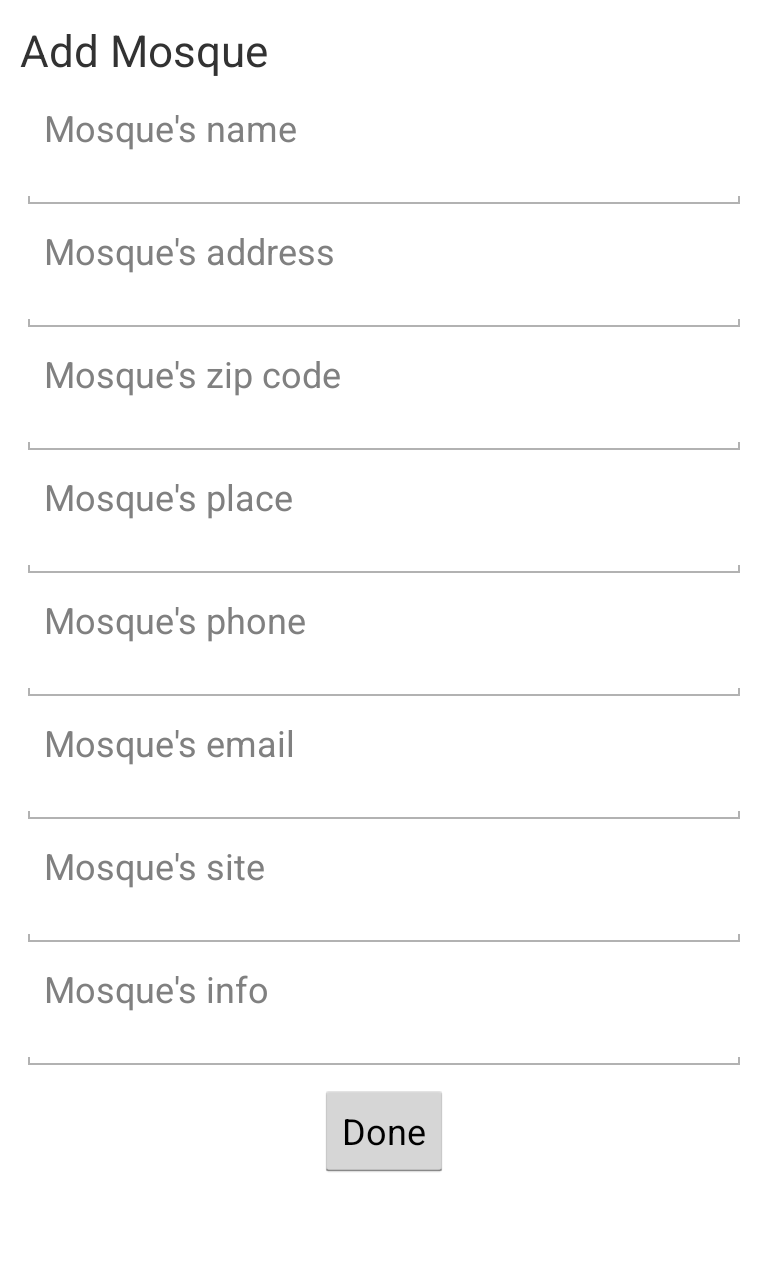
Repository: Osamah/Afstudeerwerk
Layout: NativeApp/SecondPillar/res/layout/activity_addmosque.xml
An editor plug-in stored every save of this project. The layout is shown before and after the next save, followed by the edit.
It is drawn on a 768 x 1280 px phone screen (xhdpi) without system bars, with theme AppTheme; the app's code is not run.

Above is the layout before, as saved 2013-01-05 21:27:26.

### NativeApp/SecondPillar/res/layout/activity_addmosque.xml
<?xml version="1.0" encoding="utf-8"?>

<!-- ScrollView to scroll vertical down the page -->
<ScrollView
    xmlns:android="http://schemas.android.com/apk/res/android"
    android:id="@+id/ScrollView01"
    android:layout_width="fill_parent"
    android:layout_height="wrap_content"
    android:scrollbars="vertical">

    <LinearLayout
        android:layout_width="match_parent"
        android:layout_height="wrap_content"
        android:layout_margin="10dp"
        android:orientation="vertical" >

		<TextView
		    android:id="@+id/lblAddMosque"
		    android:layout_width="wrap_content"
		    android:layout_height="wrap_content"
		    android:text="@string/lblAddMosque"
		    android:textSize="10pt"
		    android:layout_marginBottom="5dp"
		   >
		</TextView>

        <EditText
            android:id="@+id/txtMosqueName"
            android:layout_width="fill_parent"
            android:layout_height="wrap_content"
            android:hint="@string/txtMosqueName"
            android:inputType="textCapWords"
            style="@style/txtBoxes">

		</EditText>

        <EditText
		    android:id="@+id/txtMosqueAddress"
		    android:layout_height="wrap_content"
		    android:hint="@string/txtMosqueAddress"
		    android:inputType="textPostalAddress"
		    android:layout_width="fill_parent"
		    style="@style/txtBoxes">
		</EditText>

        <EditText
            android:id="@+id/txtMosqueZipCode"
            android:layout_width="fill_parent"
            android:layout_height="wrap_content"
            android:hint="@string/txtMosqueZipCode"
            android:inputType="number"
            style="@style/txtBoxes" >
		</EditText>

        <EditText
            android:id="@+id/txtMosquePlace"
            android:layout_width="fill_parent"
            android:layout_height="wrap_content"
            android:hint="@string/txtMosquePlace"
            android:inputType="textPostalAddress"
            style="@style/txtBoxes">
		</EditText>

        <EditText
            android:id="@+id/txtMosquePhone"
            android:layout_width="fill_parent"
            android:layout_height="wrap_content"
            android:hint="@string/txtMosquePhone"
            android:inputType="phone"
            style="@style/txtBoxes">
		</EditText>

        <EditText
            android:id="@+id/txtMosqueMail"
            android:layout_width="fill_parent"
            android:layout_height="wrap_content"
            android:hint="@string/txtMosqueMail"
            android:inputType="textEmailAddress"
            style="@style/txtBoxes">
		</EditText>

        <EditText
            android:id="@+id/txtMosqueSite"
            android:layout_width="fill_parent"
            android:layout_height="wrap_content"
            android:hint="@string/txtMosqueSite"
            android:inputType="textUri"
            style="@style/txtBoxes">
		</EditText>

        <EditText
            android:id="@+id/txtMosqueInfo"
            android:layout_width="fill_parent"
            android:layout_height="wrap_content"
            android:hint="@string/txtMosqueInfo"
            android:inputType="textMultiLine"
            style="@style/txtBoxes" >
		</EditText>

        <RelativeLayout
            android:layout_width="fill_parent"
            android:layout_height="wrap_content"
            android:layout_marginTop="5dp">

            <Button
            android:id="@+id/btnAddMosque"
            android:layout_width="wrap_content"
            android:layout_height="wrap_content"
            android:text="@string/btnAddMosque"
            android:layout_centerInParent="true"
        />

        </RelativeLayout>



    </LinearLayout>
</ScrollView>

### NativeApp/SecondPillar/res/values/styles.xml
<resources>

    <!--
        Base application theme, dependent on API level. This theme is replaced
        by AppBaseTheme from res/values-vXX/styles.xml on newer devices.
    -->
    <style name="AppBaseTheme" parent="android:Theme.Light">
        <!--
            Theme customizations available in newer API levels can go in
            res/values-vXX/styles.xml, while customizations related to
            backward-compatibility can go here.
        -->
    </style>

    <!-- Application theme. -->
    <style name="AppTheme" parent="AppBaseTheme">
        <!-- All customizations that are NOT specific to a particular API-level can go here. -->µ

    </style>




    <!-- /////////////////\\\\\\\\\\\\\\\\\\\\\ -->
    <style name="txtBoxes">

        <item name="android:paddingBottom">30dp</item>

    </style>

</resources>

### NativeApp/SecondPillar/res/values/strings.xml
<?xml version="1.0" encoding="utf-8"?>
<resources>

    <string name="app_name">Second Pillar</string>

    <!-- Menu -->
    <string name="menu_search">Search</string>


    <!-- Option Menu -->
	<string name="option_settings">Settings</string>
	<string name="option_about">About</string>


	<!-- Settings -->
	<string name="notifications">Notifications</string>

	<string name="prayingWhere">Where to pray?</string>
	<string name="prayHome">Home</string>
	<string name="prayMosque">Mosque</string>

	<string name="NotificationsPraying">When to pray?</string>
	<string name="inAdvance">In advance</string>
	<string name="onTime">On time</string>


	<!-- About -->
	<string name="about">If you have any questions just call me maybe</string>


    <!-- Prayer -->
    <string name="headerCol1">Prayer</string>
    <string name="headerCol2">Time</string>
    <string name="headerCol3">L</string>

    <string name="prayer1">Fajr</string>
    <string name="prayer2">Dhor</string>
    <string name="prayer3">Asr</string>
    <string name="prayer4">Magreb</string>
    <string name="prayer5">Isha</string>

    <string name="prayerTime1">5h25</string>
    <string name="prayerTime2">12h30</string>
    <string name="prayerTime3">15h37</string>
    <string name="prayerTime4">18h48</string>
    <string name="prayerTime5">21h00</string>


    <!-- Favorite -->


    <!-- Add Mosque -->
    <string name="lblAddMosque">Add Mosque</string>
    <string name="txtMosqueName">Mosque\'s name</string>
    <string name="txtMosqueAddress">Mosque\'s address</string>
    <string name="txtMosqueZipCode">Mosque\'s zip code</string>
    <string name="txtMosquePlace">Mosque\'s place</string>
  	<string name="txtMosquePhone">Mosque\'s phone</string>
  	<string name="txtMosqueMail">Mosque\'s email</string>
    <string name="txtMosqueSite">Mosque\'s site</string>
    <string name="txtMosqueInfo">Mosque\'s info</string>
    <string name="btnAddMosque">Done</string>

    <!-- Search Mosque -->
    <string name="searchAddress">Address</string>


</resources>

Loaded but not shown: NativeApp/SecondPillar/res/values-v11/styles.xml (common file); NativeApp/SecondPillar/res/values-v14/styles.xml (common file)

After the next save:
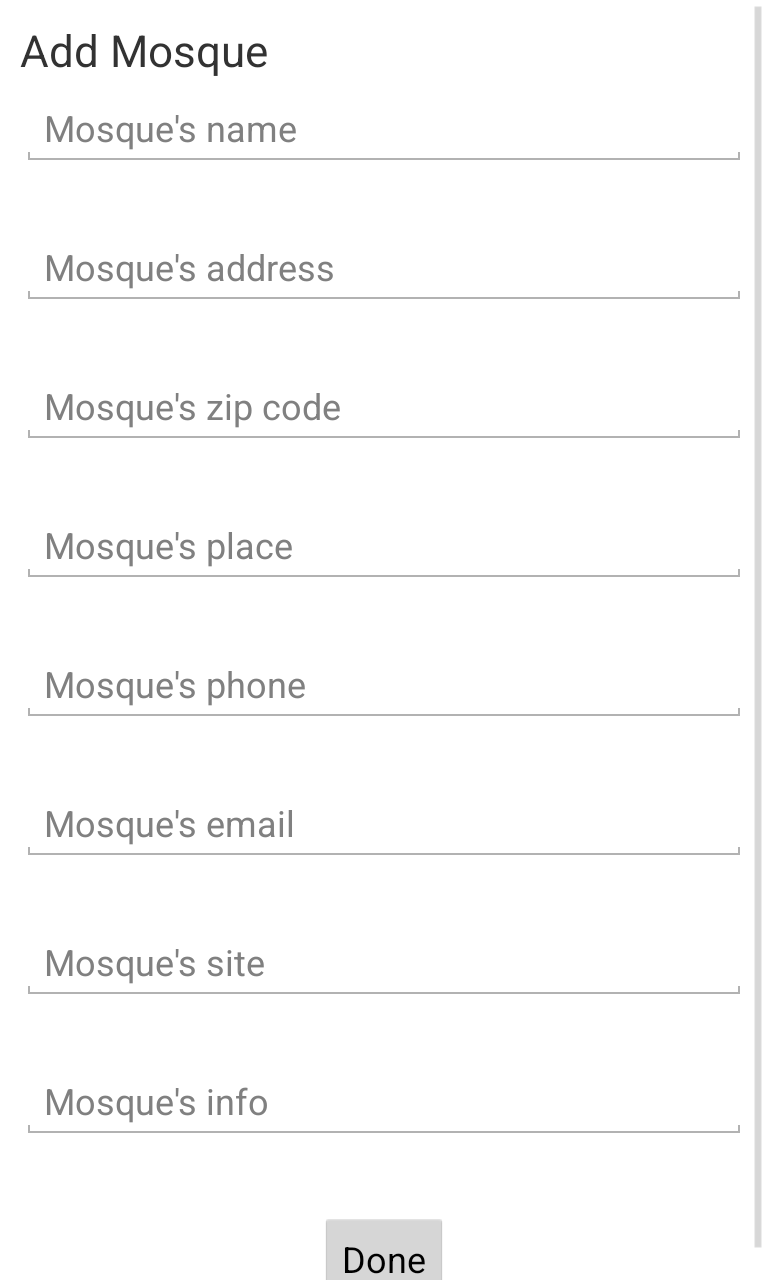
Saved 9 s later.
--- a/NativeApp/SecondPillar/res/values/styles.xml
+++ b/NativeApp/SecondPillar/res/values/styles.xml
@@ -24,7 +24,7 @@
     <!-- /////////////////\\\\\\\\\\\\\\\\\\\\\ -->
     <style name="txtBoxes">
 
-        <item name="android:paddingBottom">30dp</item>
+        <item name="android:layout_marginBottom">30dp</item>
 
     </style>
 
